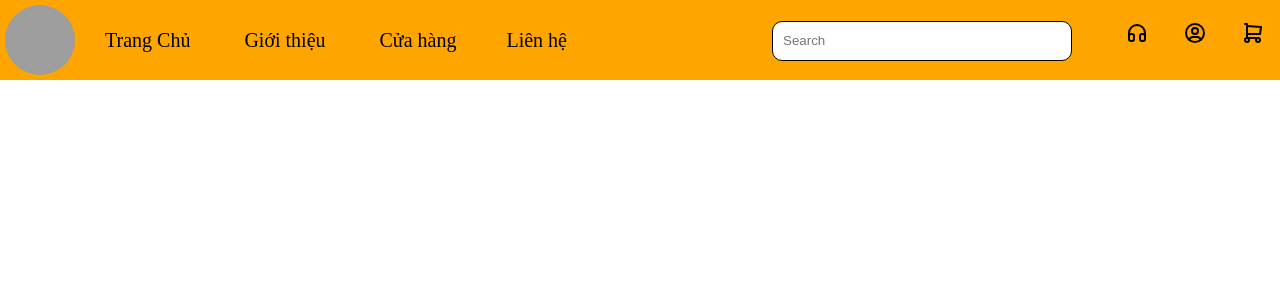
Repository: manhhieu120499/test-page
Page: index.html
An editor plug-in stored every save of this project. The page is shown before and after the next save, followed by the edit.
The browser window is 1280 px wide. The pictures show the whole page.
Pictures or frames that could not be fetched are drawn as grey boxes.

Above is the page before, as saved 2023-01-11 23:15:24.

### index.html
<!DOCTYPE html>
<html lang="en">

<head>
    <meta charset="UTF-8">
    <meta http-equiv="X-UA-Compatible" content="IE=edge">
    <meta name="viewport" content="width=device-width, initial-scale=1.0">
    <title>Document</title>
    <link rel="stylesheet" href="./style.css">
</head>

<body>
    <div id="header">
        <div class="left-sidebar">
            <img src="https://t3.ftcdn.net/jpg/03/02/36/70/360_F_302367092_vmqO9rSPmluZJFuOFFNzjGwimbChoIAZ.jpg"
                alt="logo-shop">
            <ul class="sub-menu">
                <li><a href="#">Trang Chủ</a></li>
                <li><a href="#">Giới thiệu</a></li>
                <li><a href="#">Cửa hàng</a< /li>
                <li><a href="#">Liên hệ</a></li>
            </ul>

        </div>

        <div class="right-sidebar">
            <input type="text" placeholder="Search" />
            <a href="#" class="search">

            </a>
            <a href="#" class="telesale">
                <svg xmlns="http://www.w3.org/2000/svg" class="icon icon-tabler icon-tabler-headphones" width="24"
                    height="24" viewBox="0 0 24 24" stroke-width="2" stroke="currentColor" fill="none"
                    stroke-linecap="round" stroke-linejoin="round">
                    <path stroke="none" d="M0 0h24v24H0z" fill="none"></path>
                    <rect x="4" y="13" rx="2" width="5" height="7"></rect>
                    <rect x="15" y="13" rx="2" width="5" height="7"></rect>
                    <path d="M4 15v-3a8 8 0 0 1 16 0v3"></path>
                </svg>
            </a>
            <a href="#" class="person">
                <svg xmlns="http://www.w3.org/2000/svg" class="icon icon-tabler icon-tabler-user-circle" width="24"
                    height="24" viewBox="0 0 24 24" stroke-width="2" stroke="currentColor" fill="none"
                    stroke-linecap="round" stroke-linejoin="round">
                    <path stroke="none" d="M0 0h24v24H0z" fill="none"></path>
                    <circle cx="12" cy="12" r="9"></circle>
                    <circle cx="12" cy="10" r="3"></circle>
                    <path d="M6.168 18.849a4 4 0 0 1 3.832 -2.849h4a4 4 0 0 1 3.834 2.855"></path>
                </svg>
            </a>
            <a href="#" class="shopping-cart">
                <svg xmlns="http://www.w3.org/2000/svg" class="icon icon-tabler icon-tabler-shopping-cart" width="24"
                    height="24" viewBox="0 0 24 24" stroke-width="2" stroke="currentColor" fill="none"
                    stroke-linecap="round" stroke-linejoin="round">
                    <path stroke="none" d="M0 0h24v24H0z" fill="none"></path>
                    <circle cx="6" cy="19" r="2"></circle>
                    <circle cx="17" cy="19" r="2"></circle>
                    <path d="M17 17h-11v-14h-2"></path>
                    <path d="M6 5l14 1l-1 7h-13"></path>
                </svg>
            </a>
        </div>
    </div>

    <div id="footer">

    </div>
</body>

</html>

### style.css
* {
    margin: 0;
    padding: 0;
    box-sizing: border-box;
}

#header {
    width: 100vw;
    height: 80px;
    background-color: orange;
    display: flex;
    justify-content: space-between;
}

.left-sidebar {
    display: flex;
}

img {
    width: 70px;
    height: 70px;
    border-radius: 50%;
    margin: 5px;
}

.sub-menu li {
   list-style: none;
   display: inline-block;
   line-height: 80px;
   padding: 0px 25px;
}

.sub-menu li a {
    text-decoration: none;
    color: black;
    font-size: 20px;
}

.right-sidebar a {
    display: inline-block;
    line-height: 80px;
    padding: 0 15px;
    color: black;
}

input {
    padding: 10px 10px;
    width: 300px;
    height: 40px;
    border: 1px solid black;
    border-radius: 10px;
}

After the next save:
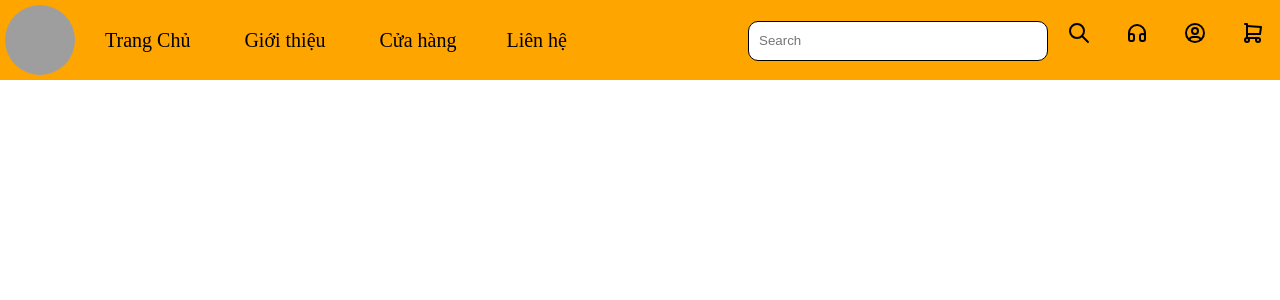
Saved 25 s later.
--- a/index.html
+++ b/index.html
@@ -26,7 +26,11 @@
         <div class="right-sidebar">
             <input type="text" placeholder="Search" />
             <a href="#" class="search">
-
+                <svg xmlns="http://www.w3.org/2000/svg" class="icon icon-tabler icon-tabler-search" width="24" height="24" viewBox="0 0 24 24" stroke-width="2" stroke="currentColor" fill="none" stroke-linecap="round" stroke-linejoin="round">
+                    <path stroke="none" d="M0 0h24v24H0z" fill="none"></path>
+                    <circle cx="10" cy="10" r="7"></circle>
+                    <line x1="21" y1="21" x2="15" y2="15"></line>
+                 </svg>
             </a>
             <a href="#" class="telesale">
                 <svg xmlns="http://www.w3.org/2000/svg" class="icon icon-tabler icon-tabler-headphones" width="24"
